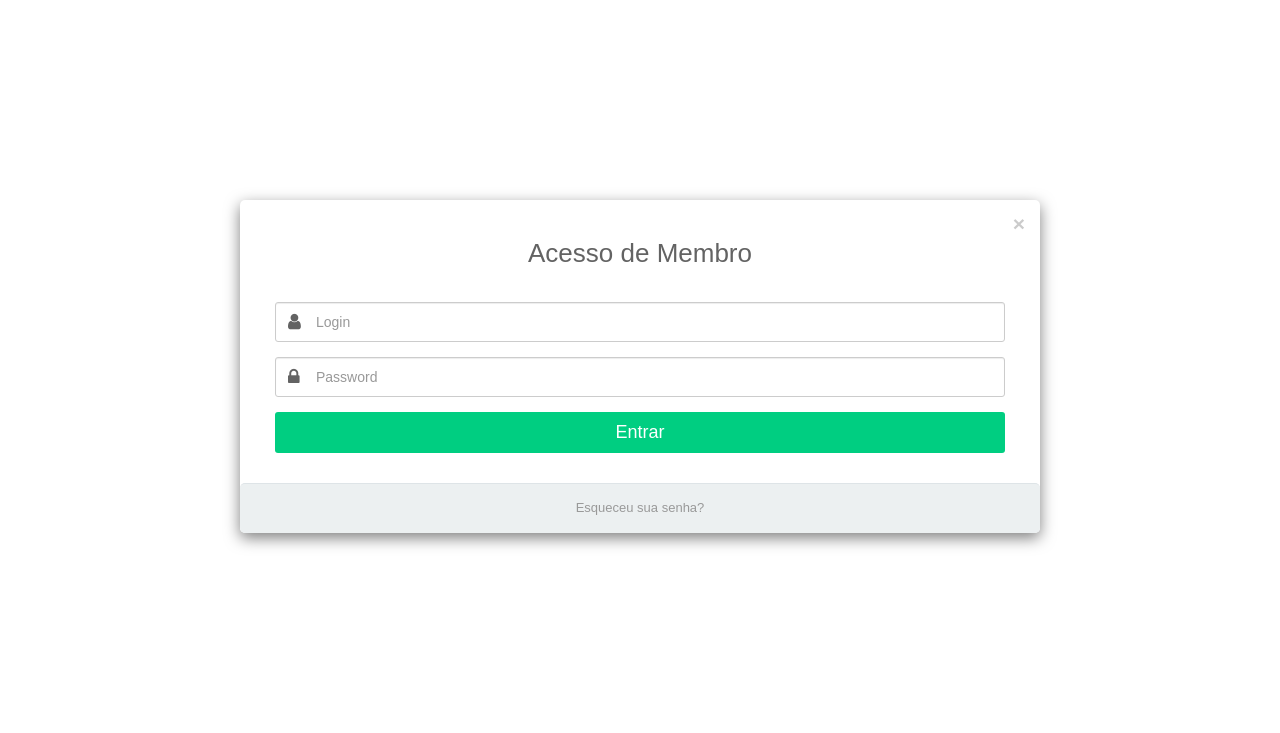
Repository: thuliobarbosa/Make_and_Cia
Page: Projeto_Make&Cia/MakeAndCia/WebContent/www/login.html
These files come from the project's save history. The page is drawn as it stood at one moment and after the next save; the edit follows.
The browser window is 1280 px wide. The pictures show the whole page.
Some web fonts or font styles are not loaded; a fallback is used.

Above is the page before, as saved 2020-11-10 19:52:18.

### Projeto_Make&Cia/MakeAndCia/WebContent/www/login.html
<!DOCTYPE html>
<html lang="en">
<head>
<meta charset="utf-8">
<meta http-equiv="X-UA-Compatible" content="IE=edge">
<meta name="viewport" content="width=device-width, initial-scale=1">
<title>Bootstrap Elegant Modal Login Modal Form with Icons</title>
<link href="https://fonts.googleapis.com/css?family=Roboto|Varela+Round" rel="stylesheet">
<link rel="stylesheet" href="https://maxcdn.bootstrapcdn.com/font-awesome/4.7.0/css/font-awesome.min.css">
<link rel="stylesheet" href="https://maxcdn.bootstrapcdn.com/bootstrap/3.3.7/css/bootstrap.min.css">
<script src="https://ajax.googleapis.com/ajax/libs/jquery/1.12.4/jquery.min.js"></script>
<script src="https://maxcdn.bootstrapcdn.com/bootstrap/3.3.7/js/bootstrap.min.js"></script>
<style>
    body {
		font-family: 'Varela Round', sans-serif;
	}
	.modal-login {
		color: #636363;
		width: 800px;
		margin: 200px auto;
	}
	.modal-login .modal-content {
		padding: 20px;
		border-radius: 5px;
		border: none;
	}
	.modal-login .modal-header {
		border-bottom: none;
		position: relative;
		justify-content: center;
	}
	.modal-login h4 {
		text-align: center;
		font-size: 26px;
	}
	.modal-login  .form-group {
		position: relative;
	}
	.modal-login i {
		position: absolute;
		left: 13px;
		top: 11px;
		font-size: 18px;
	}
	.modal-login .form-control {
		padding-left: 40px;
	}
	.modal-login .form-control:focus {
		border-color: #00ce81;
	}
	.modal-login .form-control, .modal-login .btn {
		min-height: 40px;
		border-radius: 3px;
	}
	.modal-login .hint-text {
		text-align: center;
		padding-top: 10px;
	}
	.modal-login .close {
        position: absolute;
		top: -5px;
		right: -5px;
	}
	.modal-login .btn {
		background: #00ce81;
		border: none;
		line-height: normal;
	}
	.modal-login .btn:hover, .modal-login .btn:focus {
		background: #00bf78;
	}
	.modal-login .modal-footer {
		background: #ecf0f1;
		border-color: #dee4e7;
		text-align: center;
		margin: 0 -20px -20px;
		border-radius: 5px;
		font-size: 13px;
		justify-content: center;
	}
	.modal-login .modal-footer a {
		color: #999;
	}
	.trigger-btn {
		display: inline-block;
		margin: 100px auto;
	}
</style>
</head>
<body>

<!-- Modal HTML -->
	<div class="modal-dialog modal-login">
		<div class="modal-content">
			<div class="modal-header">
				<h4 class="modal-title">Acesso de Membro</h4>
				<button type="button" class="close" data-dismiss="modal" aria-hidden="true">&times;</button>
			</div>
			<div class="modal-body">
				<form role="form" id="tela-login">
					<div class="form-group">
						<i class="fa fa-user"></i>
						<input type="text" class="form-control" placeholder="Login" required="required" id="">
					</div>
					<div class="form-group">
						<i class="fa fa-lock"></i>
						<input type="password" class="form-control" placeholder="Password" required="required">
					</div>
					<div class="form-group">
						<input type="submit" class="btn btn-primary btn-block btn-lg" value="Entrar">
					</div>
				</form>
			</div>
			<div class="modal-footer">
				<a href="#">Esqueceu sua senha?</a>
			</div>
		</div>
	</div>
</body>
</html>

After the next save:
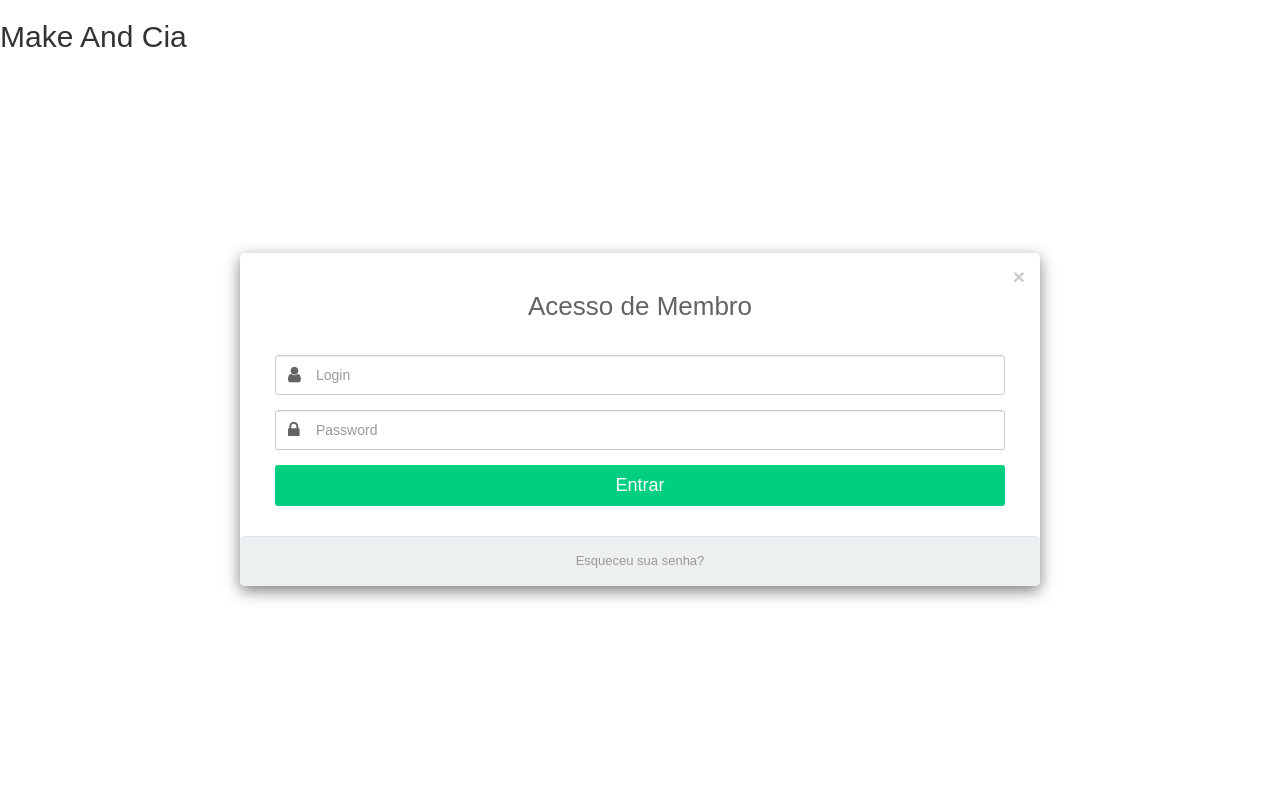
Saved 118 s later.
--- a/Projeto_Make&Cia/MakeAndCia/WebContent/www/login.html
+++ b/Projeto_Make&Cia/MakeAndCia/WebContent/www/login.html
@@ -89,6 +89,8 @@
 </head>
 <body>
 
+	<h2>Make And Cia</h2>
+
 <!-- Modal HTML -->
 	<div class="modal-dialog modal-login">
 		<div class="modal-content">
